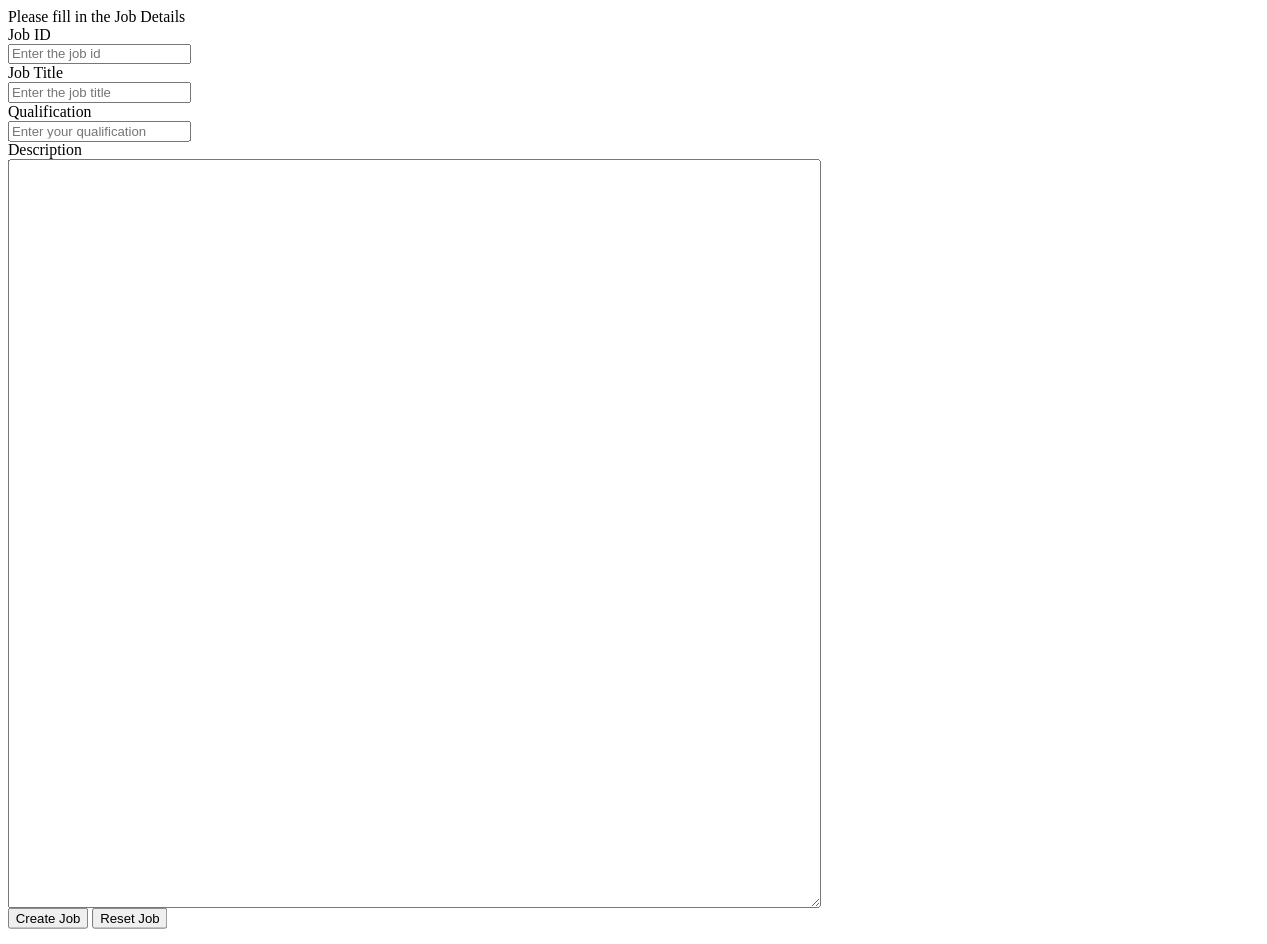
Repository: shailaja1601/collaborative_project
Page: CollabarationFrontEnd/WebContent/job/post_job.html
An editor plug-in stored every save of this project. The page is shown before and after the next save, followed by the edit.
The browser window is 1280 px wide. The pictures show the whole page, at 99% of full size.

Above is the page before, as saved 2017-02-07 09:22:29.

After the next save:
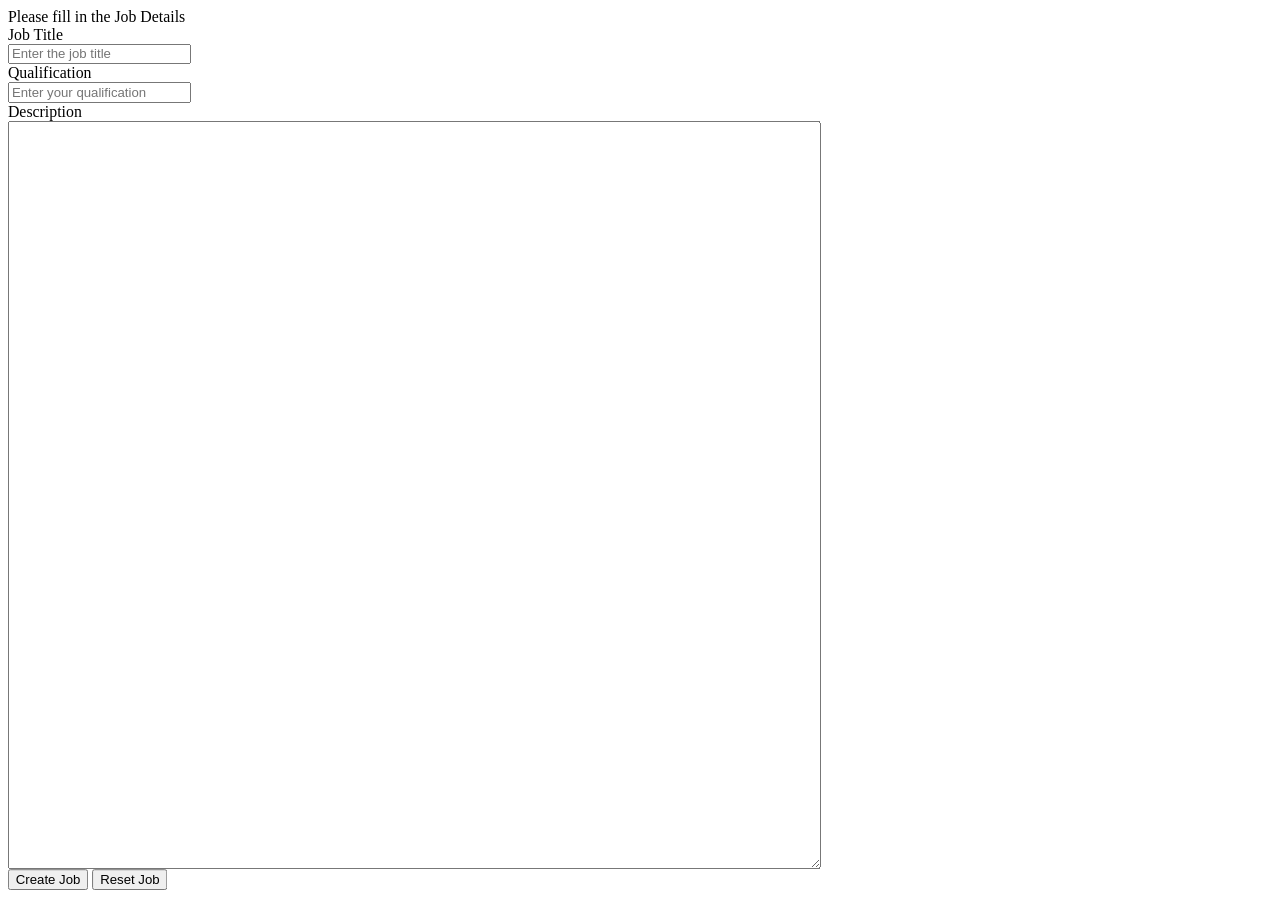
Saved 17 s later.
--- a/CollabarationFrontEnd/WebContent/job/post_job.html
+++ b/CollabarationFrontEnd/WebContent/job/post_job.html
@@ -12,14 +12,14 @@
 						class="form-horizontal">
 
 						<div class="row">
-							<div class="form-group col-md-12">
+							<!-- <div class="form-group col-md-12">
 								<label class="col-md-2 control-lable" for="title">Job ID</label>
 								<div class="col-md-7">
 									<input type="text" data-ng-model="ctrl.job.id" id="id"
 										class="title form-control input-sm"
 										placeholder="Enter the job id" required data-ng-minlength="3" />
 								</div>
-							</div>
+							</div> -->
 						</div>
 
 
